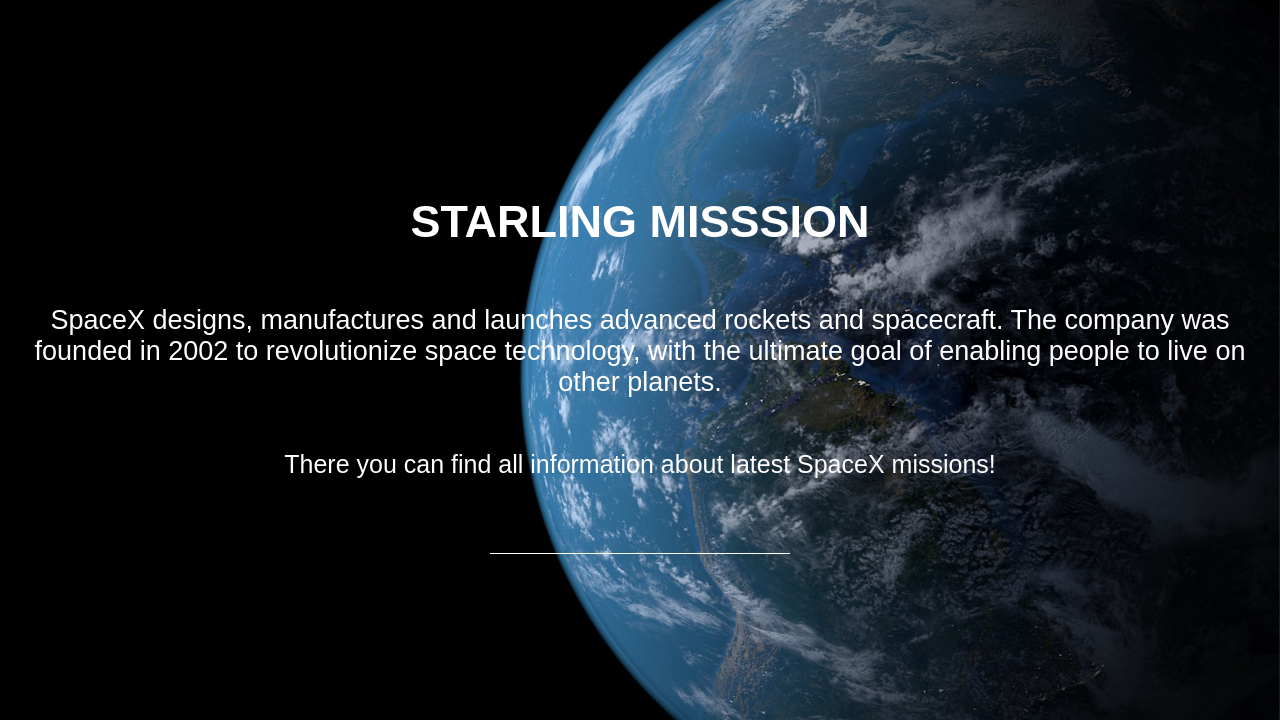
Repository: PJasiczek/vue-shop
Page: /
The author's editor kept a copy of each file at every save. The page is drawn from the files as they stood at one save, then again after the next save.
The browser window is 1280 px wide. The pictures show the whole page.
Some web fonts or font styles are not loaded; a fallback is used. The project was rebuilt for these pictures with package versions that can differ from the ones it lists, and the page was loaded fresh each time.

Above is the page before, as saved 2020-04-06 18:25:15.

### src/App.vue
<template>
  <div class="wrapper">
    <BackgroundImage/>
    <Claim/>
    <SearchInput/>
  </div>
</template>

<script>

import debounce from 'lodash/debounce';

import Claim from '@/components/Claim.vue';

import SearchInput from '@/components/SearchInput.vue';

import BackgroundImage from '@/components/BackgroundImage.vue';

const axios = require('axios');

const API = 'https://api.spacexdata.com/v3/launches?rocket_name=';

export default {
  name: 'Search',
  components: {
    Claim, SearchInput, BackgroundImage,
  },
  data() {
    return {
      searchValue: '',
      results: [],
    };
  },
  methods: {
    // eslint-disable-next-line
    handleInput: debounce(function() {
      axios.get(`${API}${this.searchValue}`)
        .then((response) => {
          this.results = response.data;
          console.log(response.data);
        }).catch((error) => {
          console.log(error);
        });
    }, 500),
  },
};
</script>

<style lang="scss">
  @import url('https://fonts.googleapis.com/css2?family=Baloo+Thambi+2:wght@400;500;600;700;800&display=swap');
  *{
    box-sizing: border-box;
    -webkit-font-smoothing: antialiased;
    -moz-osx-font-smoothing: grayscale;
  }

  body{
    margin: 0;
    padding: 0;
    font-family: 'Baloo Thambi 2', sans-serif;
  }
  .wrapper{
    display: flex;
    width: 100%;
    min-height: 100vh;
    flex-direction: column;
    justify-content: center;
    align-items: center;
    margin: 0;
    padding: 30px;
  }

</style>

### src/components/Claim.vue
<template>
  <div class="claimWrapper">
      <h1 class="claim">STARLING MISSSION</h1>
      <p class="subclaim">SpaceX designs, manufactures and launches advanced rockets and spacecraft. The company was founded in 2002 to revolutionize space technology, with the ultimate goal of enabling people to live on other planets.</p>
      <p class="subclaim">There you can find all information about latest SpaceX missions!</p>
  </div>
</template>

<script>
/* eslint-disable eol-last */
export default {
  name: 'Claim',
};
</script>
<style lang="scss" scoped>
.claimWrapper{
    display: flex;
    flex-direction: column;
    justify-content: center;
    align-items: center;
    color: #ffffff;
    text-align: center;

    .claim{
        font-size: 25px;

        @media (min-width: 768px) {
            font-size: 45px;
        }
    }

    .subclaim{

        @media (min-width: 768px) {
            font-size: 27px;
            font-weight: 200;
        }
    }

    .subclaim:first-of-type{
        font-size: 15px;

        @media (min-width: 768px) {
            font-size: 27px;
            font-weight: 200;
        }
    }

    .subclaim:last-of-type{
        font-size: 16px;

        @media (min-width: 768px) {
            font-size: 25px;
            font-weight: 200;
        }
    }
}

</style>

### src/components/SearchInput.vue
<template>
    <div class="searchWrapper">
      <input id="search" name="search" v-model="searchValue" @input="handleInput"/>
    </div>
</template>

<script>
/* eslint-disable eol-last */
export default {
  name: 'SearchInput',
};
</script>

<style lang="scss" scoped>
.searchWrapper{
  display: flex;
  flex-direction: column;
  align-items: center;

  input{
    height: 50px;
    border: 0;
    text-align: center;
    color: #ffffff;
    font-family: 'Baloo Thambi 2', sans-serif;
    border-bottom: 1px solid #ffffff;
    background: none;
    transition: width .25s ease-in-out;
    font-size: 14px;

    @media (min-width: 768px) {
        font-size: 23px;
    }
  }

  input:focus{
      outline: none;
      width: 120%;
  }
}
</style>

### src/components/BackgroundImage.vue
<template>
  <div class="backgroudImage"/>
</template>

<script>
/* eslint-disable eol-last */
export default {
  name: 'BackgroudImage',
};
</script>
<style lang="scss" scoped>
.backgroudImage{
    position: fixed;
    top: 0;
    z-index: -1;
    width: 100%;
    height: 100vh;
    background: url('../assets/4.jpg');
    background-repeat: no-repeat;
    background-size: cover;
    background-position: 55% 70%;
}

</style>

Loaded but not shown: public/index.html (common file); src/main.js (common file)

After the next save:
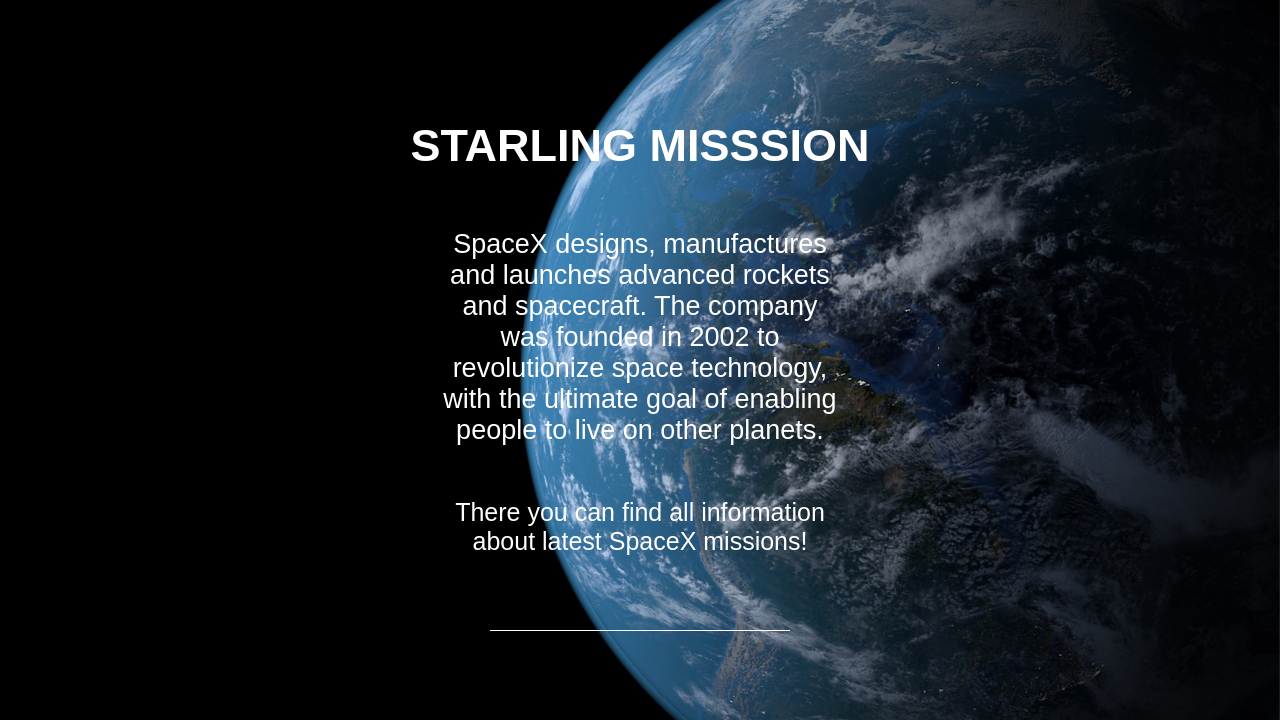
Saved 22 s later.
--- a/src/components/Claim.vue
+++ b/src/components/Claim.vue
@@ -32,8 +32,7 @@
     .subclaim{
 
         @media (min-width: 768px) {
-            font-size: 27px;
-            font-weight: 200;
+            width: 400px;
         }
     }
 
